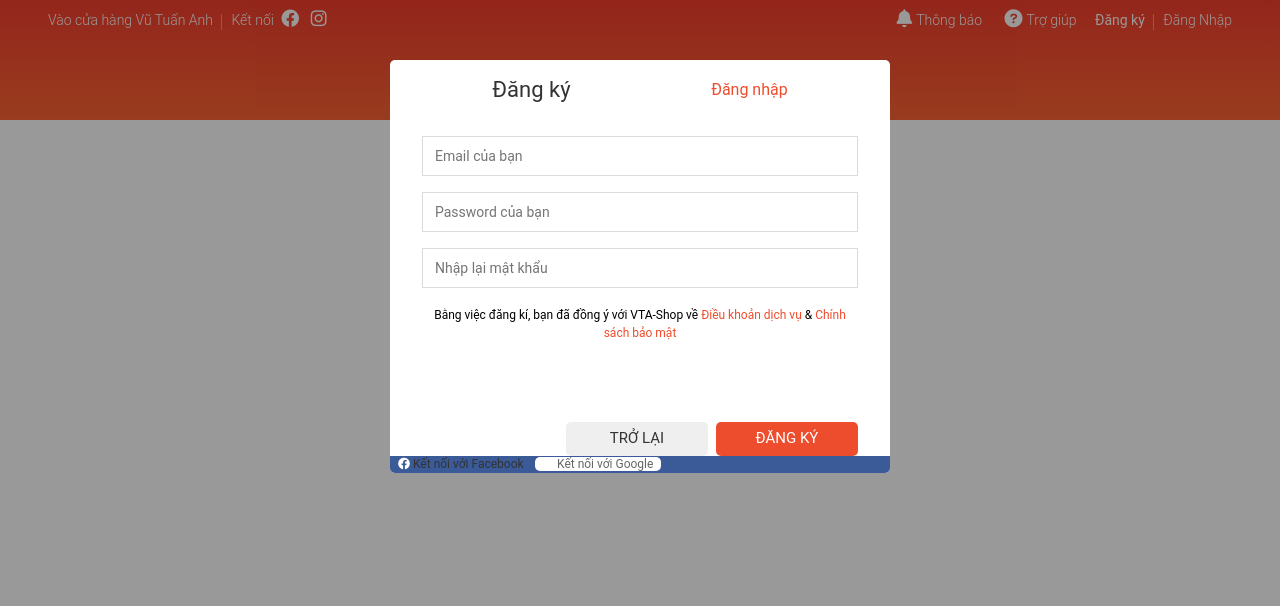
Repository: VuTuanAnh0949/Shopee
Page: index.html
The author's editor kept a copy of each file at every save. The page is drawn from the files as they stood at one save, then again after the next save.
The browser window is 1280 px wide. The pictures show the whole page.

Above is the page before, as saved 2022-02-15 13:40:16.

### index.html
<!DOCTYPE html>
<html lang="en">

<head>
    <meta charset="UTF-8" />
    <meta http-equiv="X-UA-Compatible" content="IE=edge" />
    <meta name="viewport" content="width=device-width, initial-scale=1.0" />
    <title>Shopee</title>
    <link rel="stylesheet" href="https://cdnjs.cloudflare.com/ajax/libs/normalize/8.0.1/normalize.min.css" />
    <link rel="stylesheet" href="./assets/css/base.css" />
    <link rel="stylesheet" href="./assets/css/main.css" />
    <link rel="stylesheet" href="./assets/fonts/fontawesome-free-6.0.0-web/css/all.min.css">
    <link rel="stylesheet" href="https://fonts.googleapis.com/css?family-Roboto:300, 400, 500,78
0&display=swap&subset=vietnamese" rel="stylesheet" />

</head>

<body>
    <!-- Block Element Modifier -->
    <div class="app">
        <header class="header">
            <div class="grid">
                <nav class="header__navbar">
                    <ul class="header__navbar-list">
                        <li class="header__navbar-item header__navbar-item--has-qr header__navbar-item--separate">Vào cửa hàng Vũ Tuấn Anh
                            <div class="header__qr">
                                <img src="./assets/img/QR_code.png" alt="QR Code" class="header__qr-img">
                                <div class="header__qr-apps">
                                    <a href="" class="header__qr-link"><img src="./assets/img/Google_Play.png" alt="Google Play" class="header__qr-dowload-img">
                                    </a>
                                    <img src="./assets/img/App_store.png" alt="App Store" class="header__qr-dowload-img">
                                </div>
                            </div>
                        </li>
                        <li class="header__navbar-item">
                            <span class="header__navbar-title--no-pointer">Kết nối</span>
                            <a href="" class="header__navbar-icon-link"><i class="header__navbar-icon fa-brands fa-facebook"></i></a>
                            <a href="" class="header__navbar-icon-link"><i class="header__navbar-icon fa-brands fa-instagram"></i></a>
                        </li>
                    </ul>

                    <ul class="header__navbar-list">
                        <li class="header__navbar-item header__navbar-item--has-notification">
                            <a href="" class="header__navbar-item-link"><i class="header__navbar-icon fa-solid fa-bell"></i>Thông báo</a>
                            <div class="header__notification">
                                <header class="header__notification-header">
                                    <h3>Thông báo mới nhận</h3>
                                </header>
                                <ul class="header__notification-list">
                                    <li class="header__notification-item header__notification-viewed">
                                        <a href="" class="header__notification-link">
                                            <img src="https://cf.shopee.vn/file/a2344384834f0903b232953bf8e1d283_tn" alt="" class="header__notification-img">
                                            <div class="header__notification-info">
                                                <span class="header__notification-name">Bàn Phím cơ chính hãng K400-Đen</span>
                                                <span class="header__notification-descriotion">Bàn phím cơ máy tính gaming K550 Pro full Led 7 chế độ hiệu ứng là mẫu bàn phím phù hợp cho văn phòng và game thủ</span>
                                            </div>
                                        </a>
                                    </li>
                                    <li class="header__notification-item">
                                        <a href="" class="header__notification-link">
                                            <img src="https://cf.shopee.vn/file/fbd0d6cd59ae0c260cbdd8d2bdccbe06_tn" alt="" class="header__notification-img">
                                            <div class="header__notification-info">
                                                <span class="header__notification-name">Bàn phím cơ chính hãng K400-Trắng xanh 1</span>
                                                <span class="header__notification-descriotion">Bàn phím cơ máy tính gaming K550 Pro full Led 7 chế độ hiệu ứng là mẫu bàn phím phù hợp cho văn phòng và game thủ</span>
                                            </div>
                                        </a>
                                    </li>
                                    <li class="header__notification-item ">
                                        <a href="" class="header__notification-link">
                                            <img src="https://cf.shopee.vn/file/26989c24e549299dcfb324055082c553" alt="" class="header__notification-img">
                                            <div class="header__notification-info">
                                                <span class="header__notification-name">Bàn phím cơ chính hãng K400-Trắng xanh 2</span>
                                                <span class="header__notification-descriotion">>Bàn phím cơ máy tính gaming K550 Pro full Led 7 chế độ hiệu ứng là mẫu bàn phím phù hợp cho văn phòng và game thủ</span>
                                            </div>
                                        </a>
                                    </li>
                                </ul>
                                <div class="footer header__notification-footer">
                                    <a href="" class="header__notification-footer-btn">Xem tất cả</a>


                                </div>
                            </div>
                        </li>
                        <li class="header__navbar-item">
                            <a href="" class="header__navbar-item-link"><i class="header__navbar-icon fa-solid fa-circle-question"></i>Trợ giúp</a>
                        </li>
                        <li class="header__navbar-item header__navbar-item--strong header__navbar-item--separate">Đăng ký</li>
                        <li class="header__navbar-item header__navbar-ite--strong"> Đăng Nhập</li>
                    </ul>
                </nav>
            </div>
        </header>
        <div class="container">

        </div>
        <footer class="footer">

        </footer>
    </div>
    <!-- Modal layout -->
    <div class="modal">
        <div class="modal__overlay"></div>

        <div class="modal__body">

            <!-- Authen form -->
            <div class="auth-form">
                <div class="auth-form__container">
                    <div class="auth-form__container"></div>
                    <div class="auth-form__header">
                        <h3 class="auth-form__heading">Đăng ký</h3>
                        <span class="auth-form__switch-btn">Đăng nhập</span>
                    </div>
                    <div class="auth-form__form">
                        <div class="auth-form__group">
                            <input type="text" class="auth-form__input" placeholder="Email của bạn">
                        </div>
                        <div class="auth-form__group">
                            <input type="password" class="auth-form__input" placeholder="Password của bạn">
                        </div>
                        <div class="auth-form__group">
                            <input type="password" class="auth-form__input" placeholder="Nhập lại mật khẩu ">
                        </div>
                    </div>
                    <div class="auth-form__aside">
                        <p class="auth-form__policy-text">
                            Bằng việc đăng kí, bạn đã đồng ý với VTA-Shop về
                            <a href="" class="auth-form__text-link">Điều khoản dịch vụ</a> &
                            <a href="" class="auth-form__text-link">Chính sách bảo mật</a>
                        </p>
                    </div>
                    <div class="auth-form__controls">
                        <button class="btn btn--normal auth-form__controls-back ">TRỞ LẠI</button>
                        <button class="btn btn--primary">ĐĂNG KÝ</button>
                    </div>
                </div>
                <div class="auth-form__socials--facebook">
                    <a href="" class="btn btn--size-s btn--with-icon">
                        <i class="auth-form__socials-icon fa-brands fa-facebook"></i>
                        <span class="auth-form__socials-title">
                            Kết nối với Facebook
                        </span>
                    </a>
                    <a href="" class="auth-form__socials--google btn btn--size-s btn--with-icon">
                        <i class="auth-form__socials-icon fa-brands fa-google"></i>
                        <span class="auth-form__socials-title">
                            Kết nối với Google
                        </span>
                    </a>
                </div>
            </div>
        </div>
    </div>
</body>

</html>

### assets/css/base.css
:root {
  --primary-color:#EE4D2D;
  --white-color: #fff;
  --black-color: #000;
  --text-color: #333;
  --border-color:#dbdbdb;
}
* {
  box-sizing: inherit;
}
html {
  font-size: 62.5%;
  line-height: 1.6rem;
  font-family: "Roboto", sans-serif;
  box-sizing: border-box;
}
.grid {
  width: 1200px;
  max-width: 100%;
  margin: 0 auto;
}
.grid__full-width {
  width: 100%;
}
.grid__row {
  display: flex;
  flex-wrap: wrap;
}
/* Animation */
@keyframes fadeIn{
  from{
    opacity: 0;
  }to{
    opacity: 1;
  }
}
/* Modal */
.modal{
  position: fixed;
  top: 0;
  right: 0;
  bottom: 0;
  left: 0;
  display: flex;
}
.modal__overlay{
  position: absolute;
  width: 100%;
  height: 100%;
  background-color: rgba(0,0,0,0.4);
}
.modal__body{
  width: 500px;
  height: 600px;
  margin: auto;
  position: relative;
  z-index: 1;  /* để cho modal nổi lên */
}
/* Button style */
.btn{
  min-width: 142px;
  height: 34px;
  text-decoration: none;
  border:none ;
  border-radius: 5px;
  font-size: 1.5rem;
  padding:0 12px;
  outline: none;
  cursor: pointer;
  color: var(--text-color);
  align-items: center;
 justify-content: center;
}
.btn.btn--normal:hover{
  background-color: rgba(0,0,0,0.05);
}
.btn.btn--size-s{
  height: 32px;
  font-size: 12px;
  padding:0 8px;
}
/* .. dùng để css 1 element có 2 class */
.btn.btn--primary{
  color: var(--white-color);
  background-color: var(--primary-color);
  }
.btn.btn-disabled{
  color: #949494;
  cursor: default;
  background-color: #c3c3c3;
}

### assets/css/main.css
.header{
height: 120px;
background-image:linear-gradient(0, #fe6433, #f53e2d) ;
}
.header__navbar{
  display: flex;
  justify-content: space-between;
}
.header__navbar-list{
list-style: none;
padding-left: 0;
margin-top: 9px;
}
.header__navbar-item{
  margin: 0 8px;
  position: relative;
  min-height: 26px;
}
.header__navbar-item--has-qr:hover .header__qr{
  display: block;
}
.header__navbar-item--has-notification:hover .header__notification{
  display: block;
}
.header__navbar-item,
.header__navbar-item-link{
  display:inline-block;
  font-size: 1.4rem;
  color:var(--white-color);
  text-decoration: none;
  font-weight: 300;
}
.header__navbar-item,
.header__navbar-item-link,
.header__navbar-icon-link{
/*   display: flex; */
  align-items: center;
}
.header__qr::before{
  position: absolute;
  left: 0;
  top: -16px;
  width: 100%;
  height: 20px;
  content: "";
  display: block;

}
.header__navbar-item:hover,
.header__navbar-icon-link:hover,
.header__navbar-item-link:hover{
  cursor: pointer;
  color: rgba(255,255,255,0.7);
}
.header__navbar-item--strong{
  font-weight: 400;
}
.header__navbar-item--separate::after{
  content: "";
  display: block;
  position: absolute;
border-left: 1px solid #FB9086;
height: 16px;
right: -9px;
top: 37%;
transform: translateY(-50%);
}
.header__navbar-icon-link{
  color: var(--white-color);
  text-decoration: none;
}
.header__navbar-icon{
  font-size: 1.8rem;
  margin: 0 4px;
}
.header__navbar-title--no-pointer{
  cursor: text;
  color: var(--white-color);
  text-decoration: none;
}
/* Header QR code */
.header__qr{
  width: 180px;
background-color: var(--white-color);
position: absolute;
left: 0;
top: 100%;
padding: 8px;
border-radius: 5px;
display: none;
animation: fadeIn ease-in 0.3s;
}
.header__qr-img{
width: 100%;
}
.header__qr-apps{
display: flex;
justify-content: space-between;
}
.header__qr-link:nth-child(1){
  margin-left: 11px;
}
.header__qr-link:nth-child(2){
  margin-right: 15px;
}
.header__qr-dowload-img{
  height: 16px;
}
/* header__notification */
.header__notification{
position: absolute ;
top: 27px;
right: 0;
width: 404px;
background-color: var(--white-color);
border-radius: 5px;
border: 1px solid #D3D3D3;
cursor: default;
transform-origin:90% top;
animation:  headerNotificationGrowth ease-in 0.2s;
will-change: opacity, transform;
display: none;
}
.header__notification::before{
content: "";
border-width:20px 30px ;
border-style: solid;
/* Tạo một lớp giá */
border-color:transparent transparent var(--white-color) transparent;
position: absolute;
right: 6px;
top: -30px;
}
/* Giúp di chuột vào quả chuông cạnh nút thông báo không bị mất list thông báo */
.header__notification::after{
  content: "";
  display: block;
  position: absolute;
  height: 20px;
  width: 90px;
  top: -16px;
  right: 0;
 }
@keyframes headerNotificationGrowth{
  from{
    opacity: 0;
    transform: scale(0);
  }to{
    opacity: 1;
    transform: scale(1);
  }
}
.header__notification-header{
  height: 40px;
  background-color: var(--white-color);
  border-radius: 5px;
}
.header__notification-header h3{
  color: #999;
  margin: 0 0 0 12px;
  width: 400;
  font-size: 1.4rem;
  line-height: 40px;
  user-select: none;  /* không cho coppy */
}
.header__notification-list{
padding-left: 0;
}
.header__notification-item{
display: flex;

}
.header__notification-item:hover{
  background-color: #f7f7f7
}
.header__notification-viewed{
  background-color: rgba(238,75,43,0.08);

}
.header__notification-link{
  display: flex;
  width: 100%;
  padding: 12px;
  text-decoration: none;
}
.header__notification-img{
width: 48px;
object-fit: contain;
}
.header__notification-info{
margin-left: 12px;
}
.header__notification-name{
display: block;
font-size: 1.4rem;
color: var(--text-color);
font-weight: 400px;
line-height: 1.8rem;
}
.header__notification-descriotion{
display: block;
font-size: 1.2rem;
line-height: 1.6rem;
color: #765F6E;
margin-top: 4px;
}
.header__notification-footer{
 display: flex;
}
.header__notification-footer-btn{
  text-decoration: none;
  color:var(--text-color);
  width: 100%;
  padding: 8px 0;
  margin: auto;
  font-size: 1.4rem;
  font-weight: 400;
  text-align: center;
}
/* Authen modal */
.auth-form{
  width: 500px;
    background-color: var(--white-color);
  border-radius: 5px;
  overflow: hidden;
}
.auth-form__container{
  padding: 0 32px;
}
.auth-form__header{
  display: flex;
  align-items: center;
  justify-content: space-around;
}
.auth-form__heading{
  font-size: 2.2rem;
  font-weight:400;
  color: var(--text-color);
}
.auth-form__switch-btn{
  font-size: 1.6rem;
  font-weight:400;
  color: var(--primary-color);
  cursor: pointer;
}
.auth-form__form{
}
.auth-form__input{
  width: 100%;
  height: 40px;
  margin-top: 16px;
  padding: 0 12px;
  font-size: 1.4rem;
  border: 1px solid var(--border-color);
  outline: none;
}
/*Dí chuột vào ô input => ô input nháy chuột  */
.auth-form__input:focus{
border-color: #777;
}
.auth-form__aside{
  margin-top: 18px;
}
.auth-form__policy-text{
  font-size: 1.2rem;
  line-height: 1.8rem;
  text-align: center;
  padding: 0 3px;
}
.auth-form__text-link{
  color: var(--primary-color);
  text-decoration: none;
}
.auth-form__controls{
  margin-top: 80px;
  display: flex;
  justify-content: flex-end;
}
.auth-form__controls-back{
  margin-right: 8px;
}
.auth-form__socials{
 background-color: #F5F5F5;
 padding: 16px 36px;
 display: flex;
 justify-content: space-between;
 margin-top: 20px;
}
.auth-form__socials--facebook{
  color: var(--white-color);
  background-color:#3A5A98 ;
}
.auth-form__socials--facebook,
.auth-form__socials-icon{
color: var(--white-color);
}
.auth-form__socials-title{
  margin-top: 0 36px;
}
.auth-form__socials--google{
  color: #666;
  background-color: var(--white-color);
}

Loaded but not shown: assets/fonts/fontawesome-free-6.0.0-web/css/all.min.css (library)

After the next save:
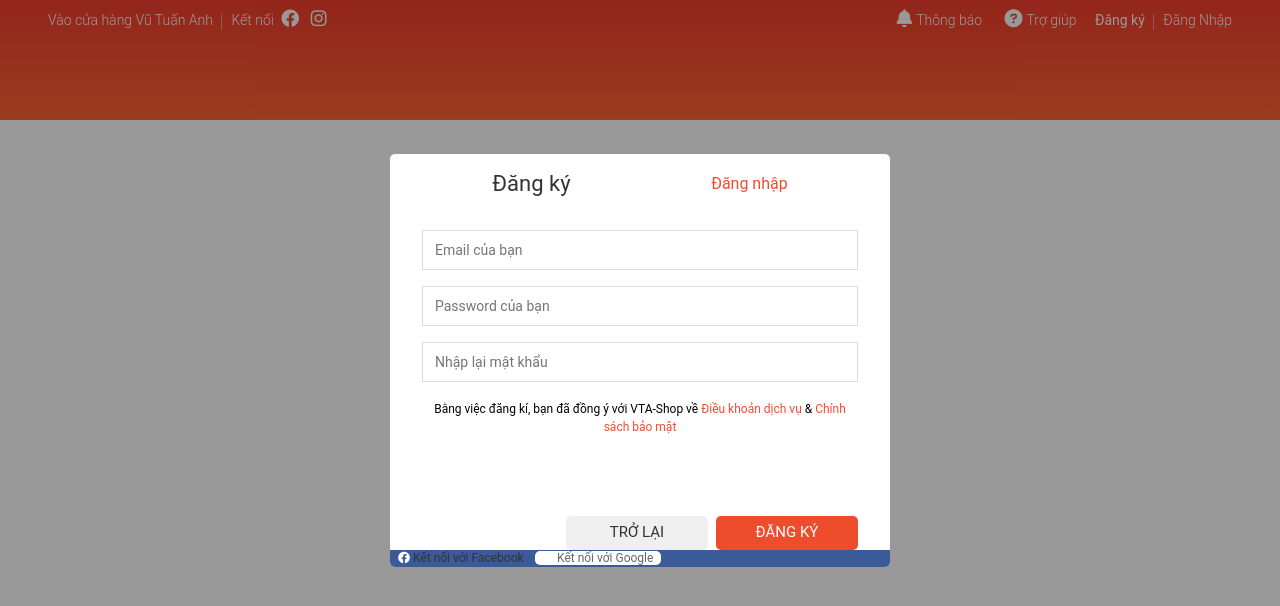
Saved 24 h 0 min later.
--- a/assets/css/base.css
+++ b/assets/css/base.css
@@ -51,7 +51,7 @@
 }
 .modal__body{
   width: 500px;
-  height: 600px;
+/*   height: 600px; */
   margin: auto;
   position: relative;
   z-index: 1;  /* để cho modal nổi lên */

After the save that followed:
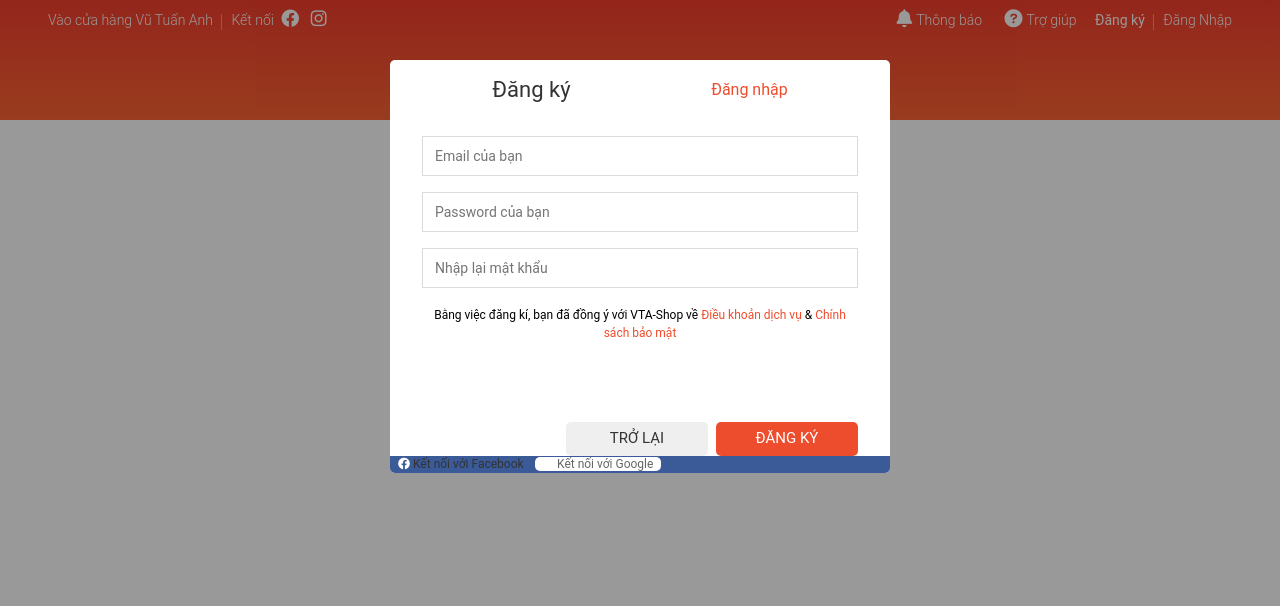
Saved 6 s later.
--- a/assets/css/base.css
+++ b/assets/css/base.css
@@ -51,7 +51,7 @@
 }
 .modal__body{
   width: 500px;
-/*   height: 600px; */
+  height: 600px;
   margin: auto;
   position: relative;
   z-index: 1;  /* để cho modal nổi lên */
